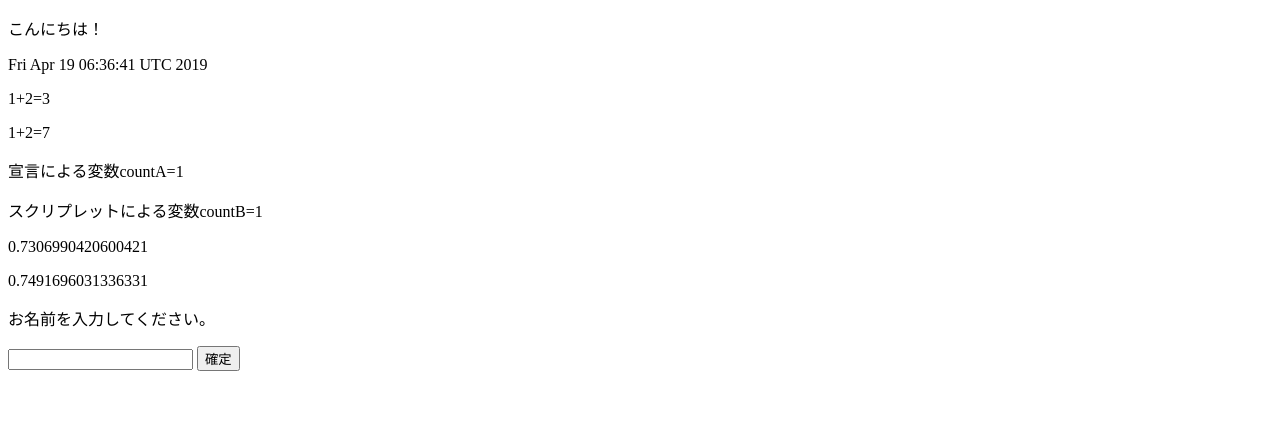
Repository: Sakamoto-Akira/test
Page: http://localhost/HelloJSP/
An editor plug-in stored every save of this project. The page is shown before and after the next save, followed by the edit.
The browser window is 1280 px wide. The pictures show the whole page.
The page is served by Tomcat 9.

Above is the page before, as saved 2019-04-19 07:54:34.

After the next save:
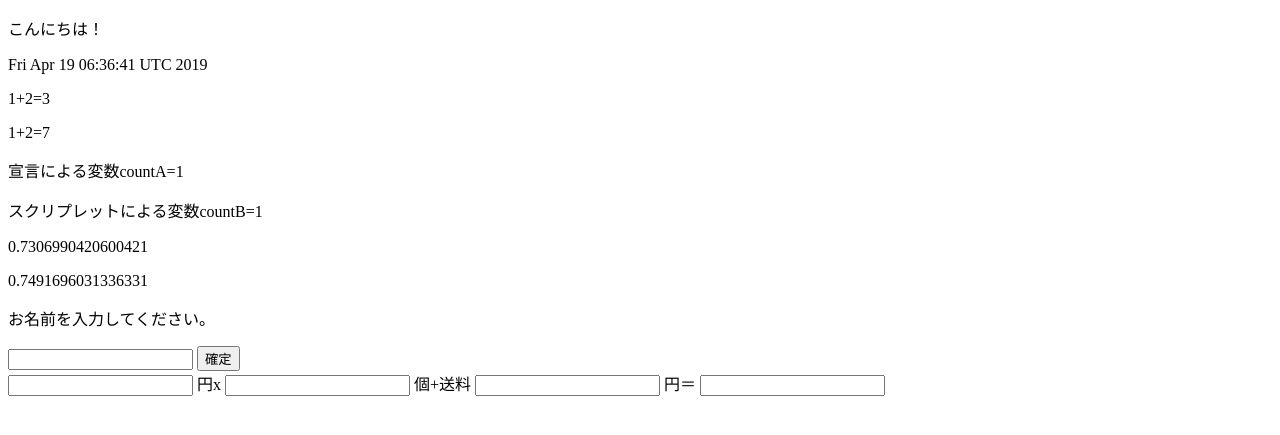
Saved 6 min 11 s later.
--- a/HelloJSP/WebContent/index.jsp
+++ b/HelloJSP/WebContent/index.jsp
@@ -38,6 +38,18 @@
 <input type="submit" value="確定">
 </form>
 
+<form method="post" action="total-out.jsp">
+
+<input type="text" name="price">
+円x
+<input type="text" name="count">
+個+送料
+<input type="text" name="delivery">
+円＝
+<input type="text" name="計算">
+
+</form>
+
 
 </body>
 </html>
